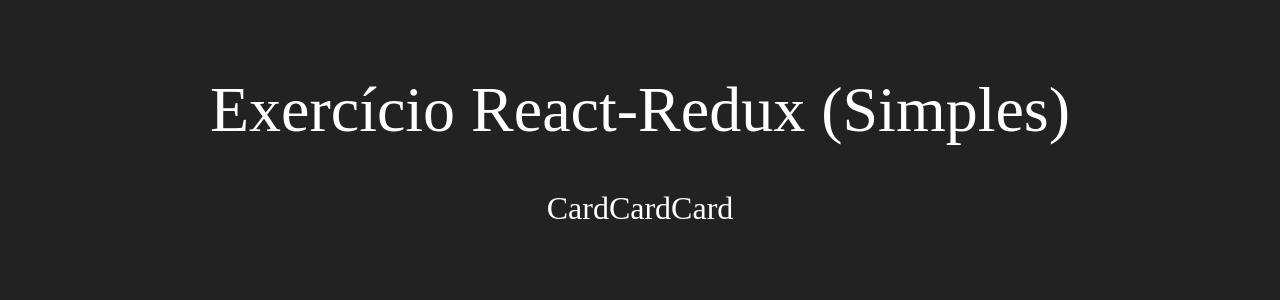
Repository: eversonps/redux-simples
Page: /
These files come from the project's save history. The page is drawn as it stood at one moment and after the next save; the edit follows.
The browser window is 1280 px wide. The pictures show the whole page.
The project was rebuilt for these pictures with package versions that can differ from the ones it lists, and the page was loaded fresh each time. Also part of the build but not shown: src/components/Card.css.

Above is the page before, as saved 2022-03-10 17:36:07.

After the next save:
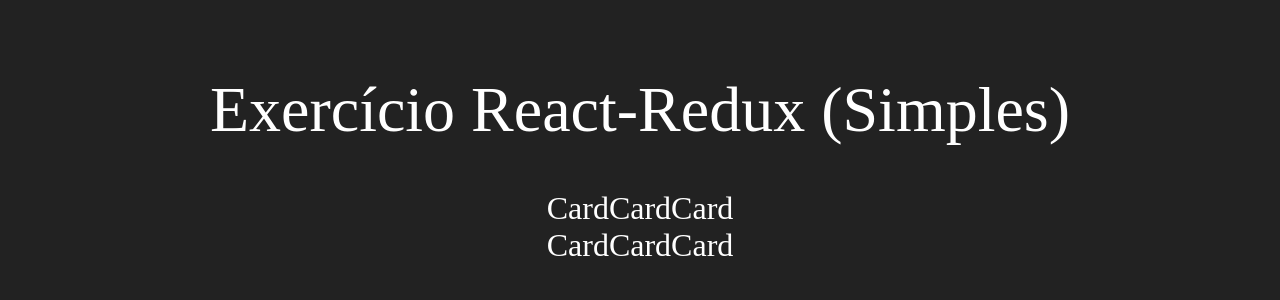
Saved 7 s later.
--- a/src/App.js
+++ b/src/App.js
@@ -10,6 +10,11 @@ function App() {
         <Card></Card>
         <Card></Card>
       </div>
+      <div className='linha'>
+        <Card></Card>
+        <Card></Card>
+        <Card></Card>
+      </div>
     </div>
   );
 }
